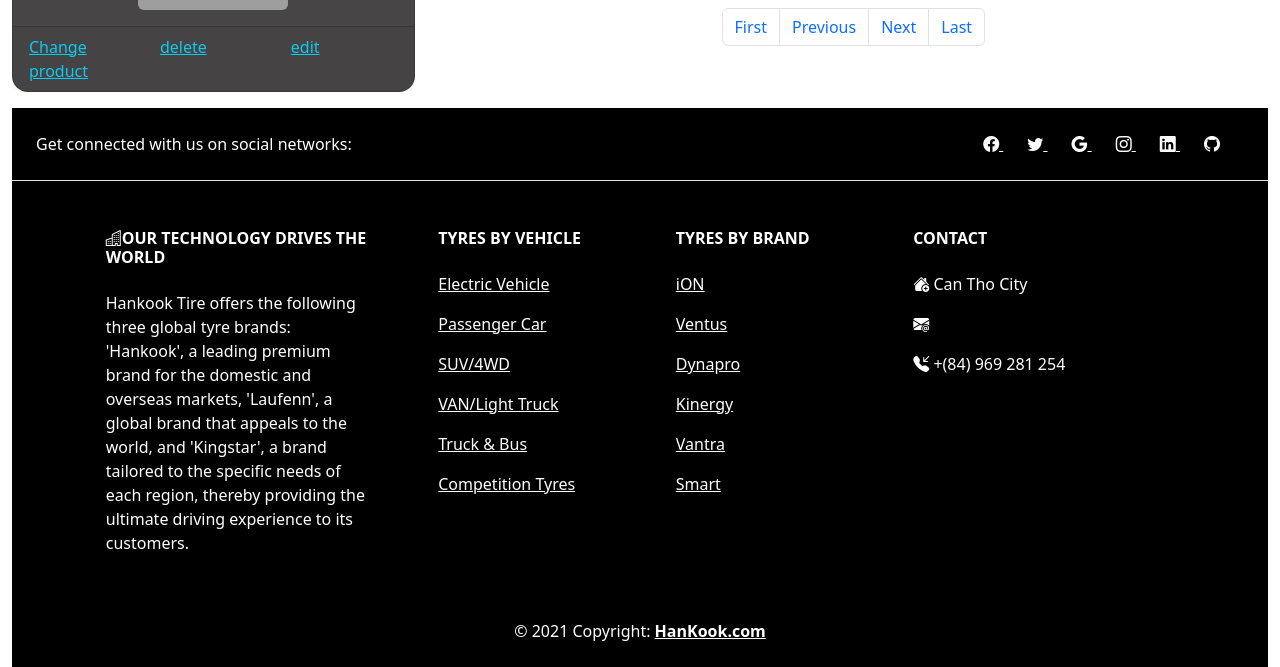
Repository: TrungAug/JAVA4
Page: myWeb/templates/editor.html
The author's editor kept a copy of each file at every save. The page is drawn from the files as they stood at one save, then again after the next save.
The browser window is 1280 px wide. The pictures show the part of the page from y = 740 to 1407 px (the page is 1407 px tall).
Pictures or frames that could not be fetched are drawn as grey boxes. A picture or video elsewhere on the page could not be fetched, so the positions and the page height are approximate.

Above is the page before, as saved 2023-11-15 19:44:40.

### myWeb/templates/editor.html
<!DOCTYPE html>
<html lang="en">

<head>
    <meta charset="UTF-8">
    <meta name="viewport" content="width=device-width, initial-scale=1.0">
    <title>Java4</title>
    <link href="https://cdn.jsdelivr.net/npm/bootstrap@5.3.2/dist/css/bootstrap.min.css" rel="stylesheet"
        integrity="sha384-T3c6CoIi6uLrA9TneNEoa7RxnatzjcDSCmG1MXxSR1GAsXEV/Dwwykc2MPK8M2HN" crossorigin="anonymous">
    <link rel="stylesheet" href="https://cdn.jsdelivr.net/npm/bootstrap-icons@1.11.0/font/bootstrap-icons.css">
</head>

<body class="d-flex flex-column justify-content-between" style="height: 100vh;">
    <div class="container-fluid">
        <header>
            <div class="row">
                <div class="col-lg-4 col-md-4 col-sm-12">
                    <div class="myui-header__logo ">
                        <a class="home" href="/index.html" target="_self">
                            <img class="logo"
                                src="https://asset.hankooktire.com/content/dam/hankooktire/local/img/main/main-key-visual/pc/logo.svg"
                                alt="Hankook Tire">
                        </a>
                    </div>
                </div>
                <div class="col-lg-8 col-md-8 col-sm-12 d-flex">
                    <div class="myui-header__navbar">
                        <nav class="navbar navbar-expand-lg bg-body-tertiary">
                            <div class="container-fluid">
                                <a class="navbar-brand" href="#">Home</a>
                                <button class="navbar-toggler" type="button" data-bs-toggle="collapse"
                                    data-bs-target="#navbarSupportedContent" aria-controls="navbarSupportedContent"
                                    aria-expanded="false" aria-label="Toggle navigation">
                                    <span class="navbar-toggler-icon"></span>
                                </button>
                                <div class="collapse navbar-collapse" id="navbarSupportedContent">
                                    <ul class="navbar-nav me-auto mb-2 mb-lg-0">
                                        <li class="nav-item dropdown">
                                            <a class="nav-link dropdown-toggle" href="#" role="button"
                                                data-bs-toggle="dropdown" aria-expanded="false">
                                                Tyres
                                            </a>
                                            <ul class="dropdown-menu">
                                                <li><a class="dropdown-item" href="#">Electric Vehicle</a></li>
                                                <li><a class="dropdown-item" href="#">Passenger Car</a></li>
                                                <li><a class="dropdown-item" href="#">SUV/4WD</a></li>
                                                <li><a class="dropdown-item" href="#">VAN/Light Truck</a></li>
                                                <li><a class="dropdown-item" href="#">Truck & Bus</a></li>
                                                <li><a class="dropdown-item" href="#">Competition Tyres</a></li>
                                                <li>
                                                    <hr class="dropdown-divider">
                                                </li>
                                                <li><a class="dropdown-item" href="#">Something else here</a></li>
                                            </ul>
                                        </li>
                                        <li class="nav-item">
                                            <a class="nav-link" href="#">Promotion</a>
                                        </li>
                                        <li class="nav-item">
                                            <a class="nav-link" aria-current="page" href="#">Help & Support</a>
                                        </li>
                                        <li class="nav-item dropdown">
                                            <a class="nav-link dropdown-toggle" href="#" role="button"
                                                data-bs-toggle="dropdown" aria-expanded="false">
                                                Account
                                            </a>
                                            <ul class="dropdown-menu">
                                                <li><a class="dropdown-item" href="/templates/updateaccout.html">Update
                                                        Account</a></li>
                                                <li><a class="dropdown-item" href="/templates/forgetpass.html">Forget
                                                        Password</a></li>
                                                <li>
                                                    <hr class="dropdown-divider">
                                                </li>
                                                <li><a class="dropdown-item" href="/templates/signin.html">Sign in</a>
                                                </li>
                                                <li><a class="dropdown-item" href="/templates/signup.html">Sign up</a>
                                                </li>
                                            </ul>
                                        </li>
                                    </ul>
                                </div>
                            </div>
                        </nav>
                    </div>
                </div>
            </div>
            <div class="myui-header__search">
                <form class="d-flex" role="search">
                    <input class="form-control me-2" type="search" placeholder="Search" aria-label="Search">
                    <button class="btn btn-outline-success" type="submit">Search</button>
                </form>
            </div>
        </header>
        <main class="main">
            <section>
                <h1>ADMIN</h1>
            </section>
            <div class="row">
                <div class="col-lg-4 col-md-4 col-sm-12" id="sidebar-login-n-categories">
                    <div id="editor_product" class="mb-3 text-white">
                        <div class="card shadow-2-strong"
                            style="border-radius: 1rem;background-color: #474545;color: #fff;">
                            <div class="card-body p-2 text-center">
                                <h3 class="mb-4">PRODUCT DETAILS</h3>
                                <table class="table table-danger text-start">
                                    <tbody>
                                        <tr>
                                            <th>Name: </th>
                                            <td>Mark</td>
                                        </tr>
                                        <tr>
                                            <th>Tyre:</th>
                                            <td>Jacob</td>
                                        </tr>
                                        <tr>
                                            <th>Description: </th>
                                            <td>@twitter</td>
                                        </tr>
                                    </tbody>
                                </table>
                                <div class="row">
                                    <!-- lặp hình trong dtb ra 3 hình -->
                                    <div class="col img-prod">
                                        <img src="https://asset.hankooktire.com/content/dam/hankooktire/eu/product/ion/ih01a/KV%20thumb(IH01)1.png"
                                            class="figure-img img-fluid rounded" alt="..."
                                            style="width: 150px;height: 150px;">
                                    </div>
                                </div>
                            </div>
                            <div class="card-footer">
                                <div class="row">
                                    <div class="col">
                                        <a class="text-info" href="">Change product</a>
                                    </div>
                                    <div class="col">
                                        <a class="text-info" href="">delete</a>
                                    </div>
                                    <div class="col">
                                        <a class="text-info" href="">edit</a>
                                    </div>
                                </div>
                            </div>
                        </div>
                    </div>
                </div>
                <div class="col-lg-8 col-md-8 col-sm-12" id="productsContainer">
                    <div class="box-content mt-3">
                        <div class="row">
                            <div class="col-lg-3 col-md-4 col-sm-12 mb-3">
                                <div class="card d-flex flex-column h-100">
                                    <a href="#">
                                        <img src="https://asset.hankooktire.com/content/dam/hankooktire/eu/product/tire_list/suv/IH01A_normal.png"
                                            alt="" class="card-img-top img-thumbnail" data-bs-toggle="tooltip"
                                            data-bs-placement="right">
                                    </a>
                                    <div class="card-body">
                                        <h5 class="card-title">iON evo AS SUV</h5>
                                        <p class="card-text font_caption_lg desc">EVolutionised to perform and last</p>
                                    </div>
                                    <div class="card-footer d-flex align-items-center">
                                        <div class="me-4">
                                            <a href="" class="text-reset text-decoration-none">
                                                <i class="bi bi-suit-heart"></i>
                                                <span>2.099</span>
                                            </a>
                                        </div>
                                        <div class="me-4">
                                            <a href="" class="text-reset text-decoration-none">
                                                <i class="bi bi-share"></i>
                                                <span>1.099</span>
                                            </a>
                                        </div>
                                        <div class="me-4">
                                            <a href="" class="text-reset text-decoration-none">
                                                <i class="bi bi-cart-check"></i>
                                                <span>7.099</span>
                                            </a>
                                        </div>
                                    </div>
                                </div>
                            </div>
                        </div>
                        <nav aria-label="Page navigation example" id="paginationF99">
                            <ul class="pagination justify-content-center">
                                <li class="page-item"><a class="page-link" href="">First</a></li>
                                <li class="page-item"><a class="page-link" href="">Previous</a></li>
                                <li class="page-item"><a class="page-link" href="">Next</a>
                                </li>
                                <li class="page-item"><a class="page-link" href="">Last</a>
                                </li>
                            </ul>
                        </nav>
                    </div>
                </div>
            </div>
        </main>
        <footer style="background-color: #000; color: #fff;" class="text-center text-lg-start">
            <!-- Section: Social media -->
            <section class="d-flex justify-content-center justify-content-lg-between p-4 border-bottom">
                <!-- Left -->
                <div class="me-5 d-none d-lg-block">
                    <span>Get connected with us on social networks:</span>
                </div>
                <!-- Left -->

                <!-- Right -->
                <div>
                    <a href="" class="me-4 text-reset">
                        <i class="bi bi-facebook"></i>
                    </a>
                    <a href="" class="me-4 text-reset">
                        <i class="bi bi-twitter"></i>
                    </a>
                    <a href="" class="me-4 text-reset">
                        <i class="bi bi-google"></i>
                    </a>
                    <a href="" class="me-4 text-reset">
                        <i class="bi bi-instagram"></i>
                    </a>
                    <a href="" class="me-4 text-reset">
                        <i class="bi bi-linkedin"></i>
                    </a>
                    <a href="" class="me-4 text-reset">
                        <i class="bi bi-github"></i>
                    </a>
                </div>
                <!-- Right -->
            </section>
            <!-- Section: Social media -->

            <!-- Section: Links  -->
            <section class="">
                <div class="container text-center text-md-start mt-5">
                    <!-- Grid row -->
                    <div class="row mt-3">
                        <!-- Grid column -->
                        <div class="col-md-3 col-lg-4 col-xl-3 mx-auto mb-4">
                            <!-- Content -->
                            <h6 class="text-uppercase fw-bold mb-4">
                                <i class="bi bi-buildings"></i>Our technology drives the world
                            </h6>
                            <p>
                                Hankook Tire offers the following three global tyre brands: 'Hankook', a leading premium
                                brand for the domestic and overseas markets, 'Laufenn', a global brand that appeals to
                                the world, and 'Kingstar', a brand tailored to the specific needs of each region,
                                thereby providing the ultimate driving experience to its customers.
                            </p>
                        </div>
                        <!-- Grid column -->

                        <!-- Grid column -->
                        <div class="col-md-2 col-lg-2 col-xl-2 mx-auto mb-4">
                            <!-- Links -->
                            <h6 class="text-uppercase fw-bold mb-4">
                                Tyres by Vehicle
                            </h6>
                            <p>
                                <a href="#!" class="text-reset">Electric Vehicle</a>
                            </p>
                            <p>
                                <a href="#!" class="text-reset">Passenger Car</a>
                            </p>
                            <p>
                                <a href="#!" class="text-reset">SUV/4WD</a>
                            </p>
                            <p>
                                <a href="#!" class="text-reset">VAN/Light Truck</a>
                            </p>
                            <p>
                                <a href="#!" class="text-reset">Truck & Bus</a>
                            </p>
                            <p>
                                <a href="#!" class="text-reset">Competition Tyres</a>
                            </p>
                        </div>
                        <!-- Grid column -->

                        <!-- Grid column -->
                        <div class="col-md-3 col-lg-2 col-xl-2 mx-auto mb-4">
                            <!-- Links -->
                            <h6 class="text-uppercase fw-bold mb-4">
                                Tyres by Brand
                            </h6>
                            <p>
                                <a href="#!" class="text-reset">iON</a>
                            </p>
                            <p>
                                <a href="#!" class="text-reset">Ventus</a>
                            </p>
                            <p>
                                <a href="#!" class="text-reset">Dynapro</a>
                            </p>
                            <p>
                                <a href="#!" class="text-reset">Kinergy</a>
                            </p>
                            <p>
                                <a href="#!" class="text-reset">Vantra</a>
                            </p>
                            <p>
                                <a href="#!" class="text-reset">Smart</a>
                            </p>
                        </div>
                        <!-- Grid column -->

                        <!-- Grid column -->
                        <div class="col-md-4 col-lg-3 col-xl-3 mx-auto mb-md-0 mb-4">
                            <!-- Links -->
                            <h6 class="text-uppercase fw-bold mb-4">Contact</h6>
                            <p><i class="bi bi-house-add-fill"></i> Can Tho City</p>
                            <p>
                                <i class="bi bi-envelope-at-fill"></i>
                            </p>
                            <p><i class="bi bi-telephone-inbound-fill"></i> +(84) 969 281 254</p>
                        </div>
                        <!-- Grid column -->
                    </div>
                    <!-- Grid row -->
                </div>
            </section>
            <!-- Section: Links  -->

            <!-- Copyright -->
            <div class="text-center p-4" style="background-color: rgba(0, 0, 0, 0.05);">
                © 2021 Copyright:
                <a class="text-reset fw-bold" href="#">HanKook.com</a>
            </div>
            <!-- Copyright -->
        </footer>
    </div>


    <script src="https://cdn.jsdelivr.net/npm/bootstrap@5.3.1/dist/js/bootstrap.bundle.min.js"></script>
</body>

</html>

After the next save:
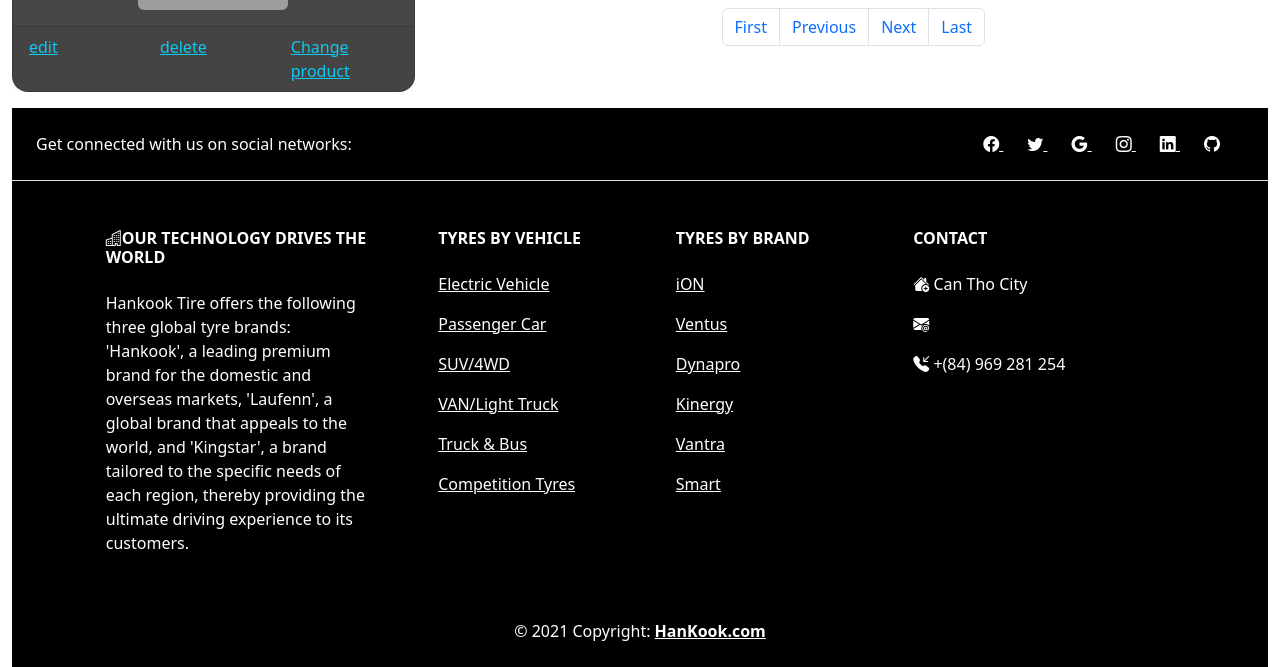
Saved 50 s later.
--- a/myWeb/templates/editor.html
+++ b/myWeb/templates/editor.html
@@ -129,7 +129,7 @@
                                 </div>
                             </div>
                             <div class="card-footer">
-                                <div class="row">
+                                <div class="row d-flex flex-row-reverse bd-highlight">
                                     <div class="col">
                                         <a class="text-info" href="">Change product</a>
                                     </div>

After the save that followed:
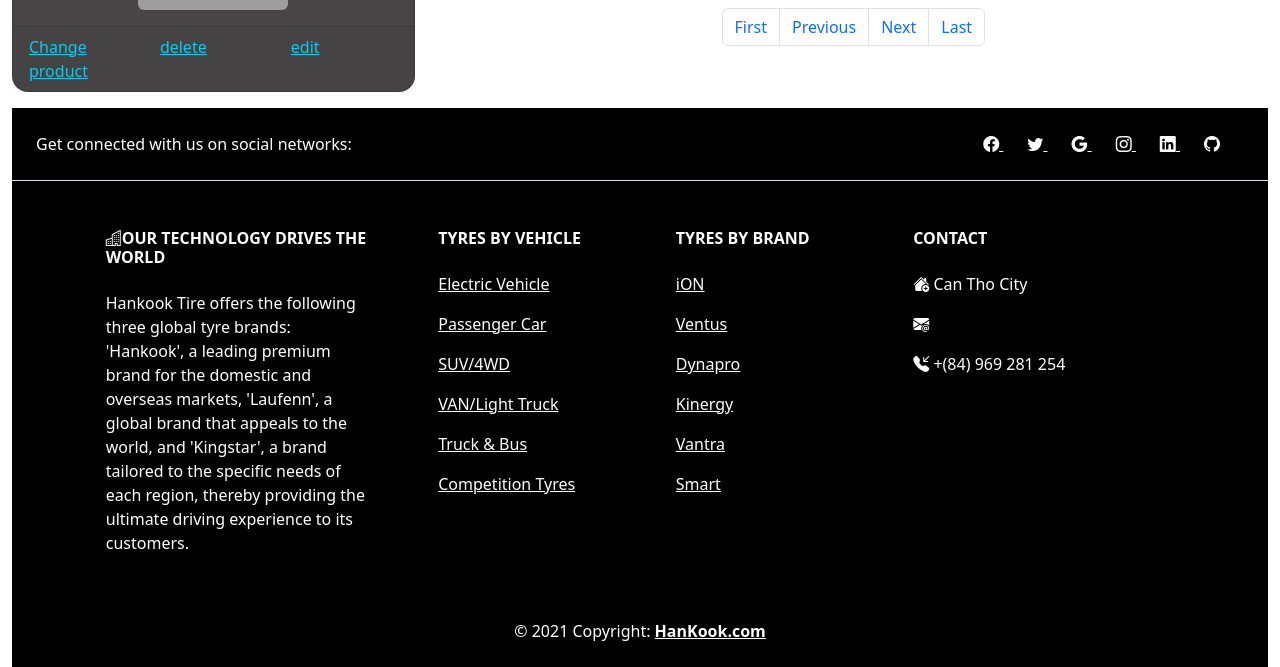
Saved 73 s later.
--- a/myWeb/templates/editor.html
+++ b/myWeb/templates/editor.html
@@ -129,7 +129,7 @@
                                 </div>
                             </div>
                             <div class="card-footer">
-                                <div class="row d-flex flex-row-reverse bd-highlight">
+                                <div class="row d-flex justify-content-end">
                                     <div class="col">
                                         <a class="text-info" href="">Change product</a>
                                     </div>
